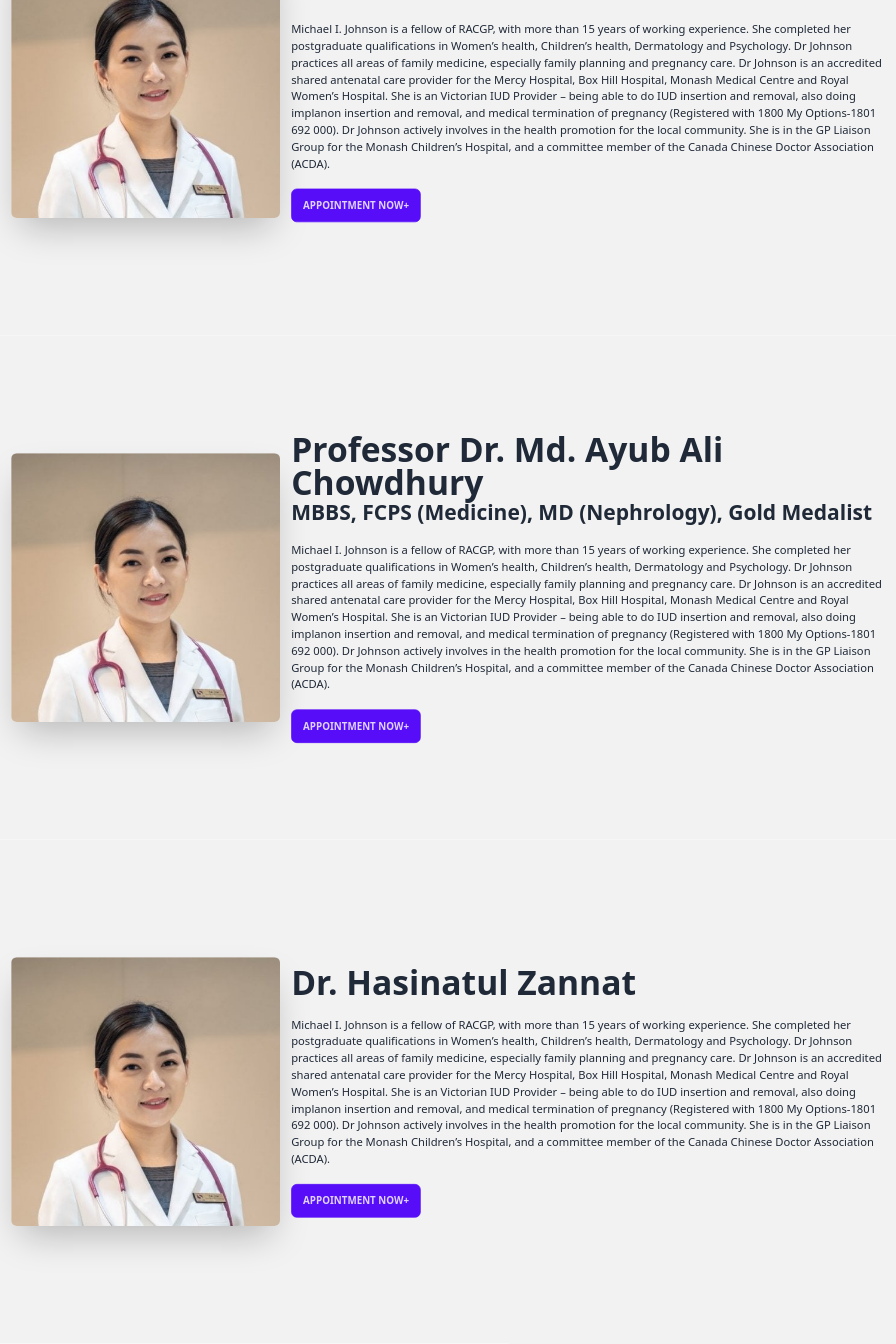
Repository: salmaakter11/Medical-Health
Page: /
These files come from the project's save history. The page is drawn as it stood at one moment and after the next save; the edit follows.
The browser window is 1280 px wide. The pictures show the part of the page from y = 1168 to 3088 px (the page is 3088 px tall), at 70% of full size.
The project was rebuilt for these pictures with package versions that can differ from the ones it lists, and the page was loaded fresh each time. Also part of the build but not shown: vite.config.js.

Above is the page before, as saved 2023-07-10 21:48:34.

After the next save:
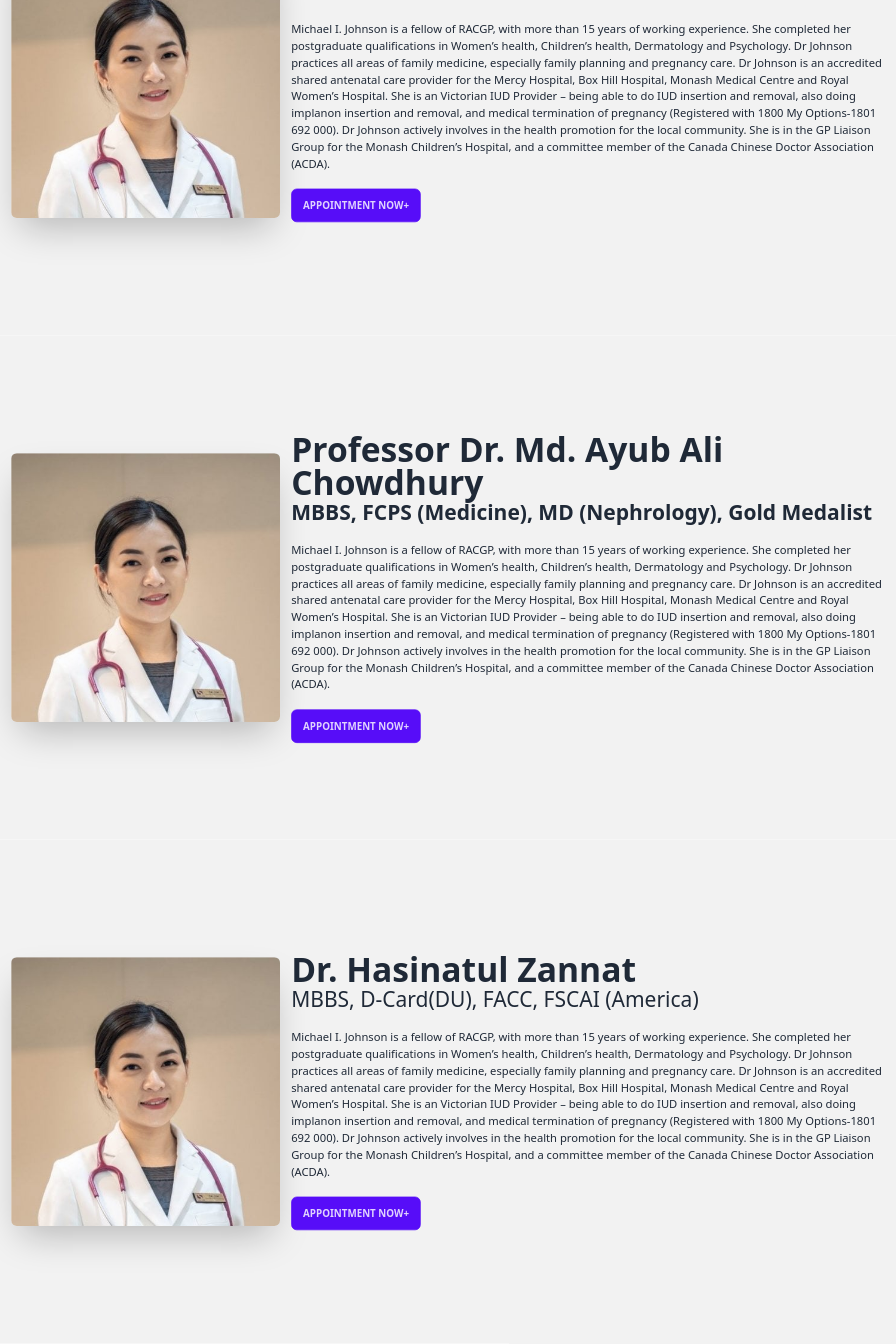
Saved 26 s later.
--- a/src/component/Doctor's/Doctor.jsx
+++ b/src/component/Doctor's/Doctor.jsx
@@ -43,7 +43,7 @@
     <img src={doc1} className="max-w-sm rounded-lg shadow-2xl" />
     <div>
       <h1 className="text-5xl font-bold">Dr. Hasinatul Zannat</h1>
-      <h6 className="text-3xl"></h6>
+      <h6 className="text-3xl">MBBS, D-Card(DU), FACC, FSCAI (America)</h6>
       <p className="py-6">Michael I. Johnson is a fellow of RACGP, with more than 15 years of working experience. She completed her postgraduate qualifications in Women’s health, Children’s health, Dermatology and Psychology.
 Dr Johnson practices all areas of family medicine, especially family planning and pregnancy care. Dr Johnson is an accredited shared antenatal care provider for the Mercy Hospital, Box Hill Hospital, Monash Medical Centre and Royal Women’s Hospital. She is an Victorian IUD Provider – being able to do IUD insertion and removal, also doing implanon insertion and removal, and medical termination of pregnancy (Registered with 1800 My Options-1801 692 000).
 Dr Johnson actively involves in the health promotion for the local community. She is in the GP Liaison Group for the Monash Children’s Hospital, and a committee member of the Canada Chinese Doctor Association (ACDA).</p>
